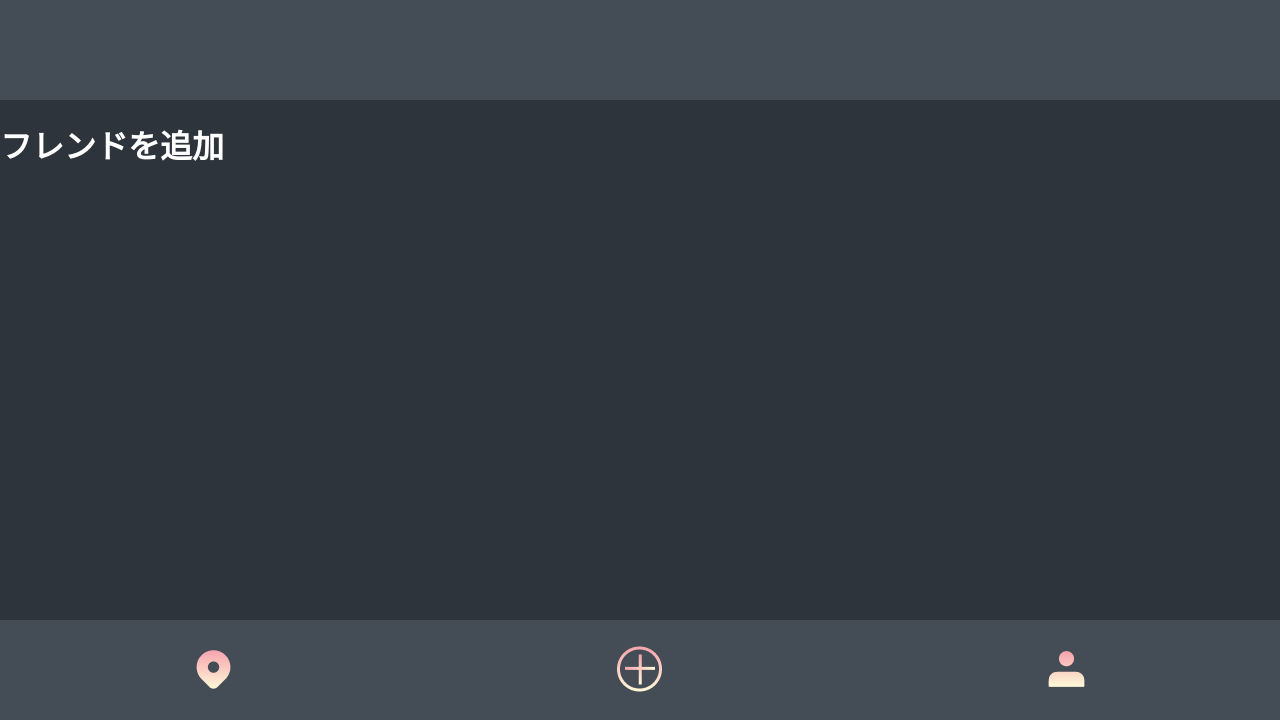
Repository: ren0714poo/respos
Page: addition.html
The author's editor kept a copy of each file at every save. The page is drawn from the files as they stood at one save, then again after the next save.
The browser window is 1280 px wide. The pictures show the whole page.

Above is the page before, as saved 2025-07-17 14:30:03.

After the next save:
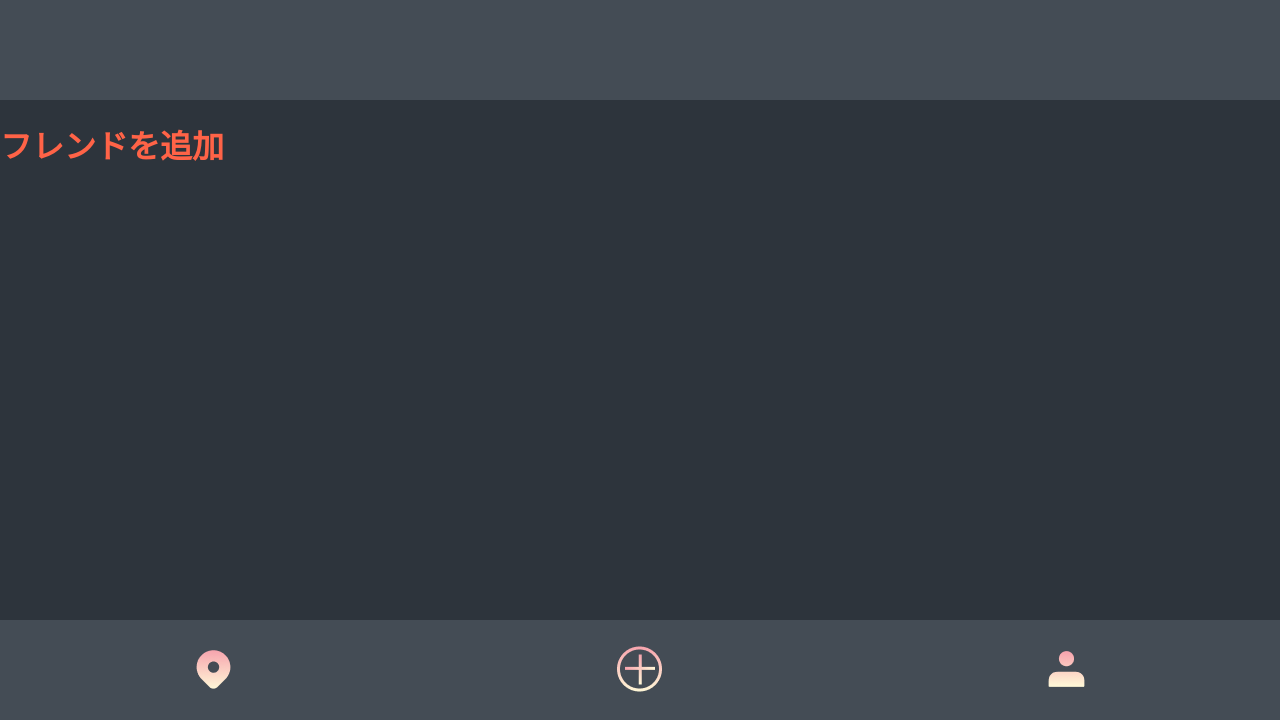
Saved 81 s later.
--- a/css/addition.css
+++ b/css/addition.css
@@ -36,6 +36,7 @@ main{
 }
 
 .addition{
+  color: tomato;
   font-size: 16px;
 }
 
